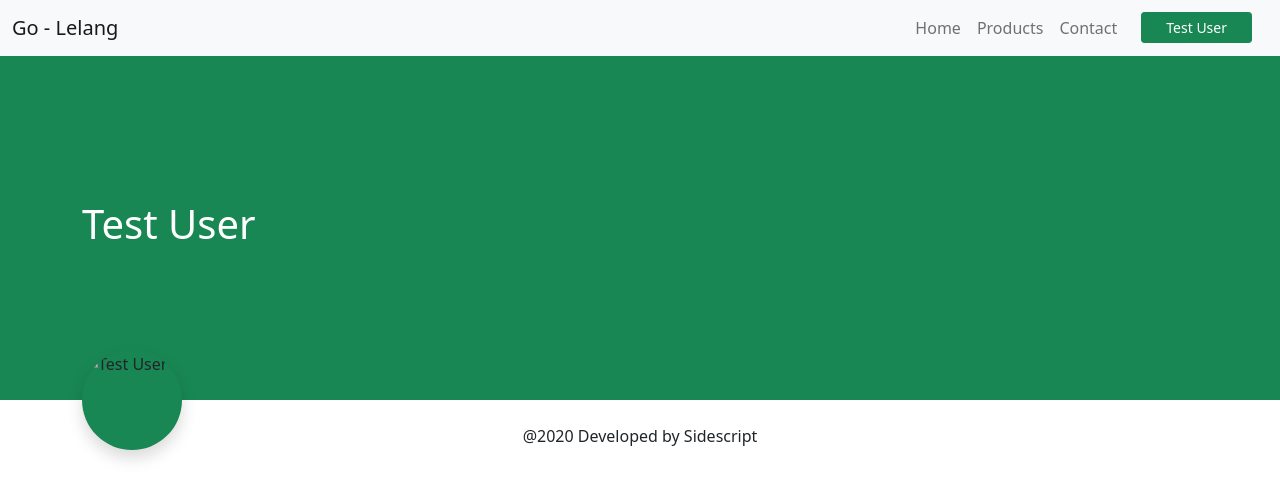
Repository: khulqu15/Go---Lelalng
Page: http://localhost/profile
These files come from the project's save history. The page is drawn as it stood at one moment and after a run of saves; the edit follows.
The browser window is 1280 px wide. The pictures show the whole page.
The page is served by the project's Laravel application, run on PHP 8.4 with Laravel 8. A made-up administrator, Test User (test@example.com), is signed in.

Above is the page before, as saved 2021-02-22 20:19:42.

After the next 2 saves:
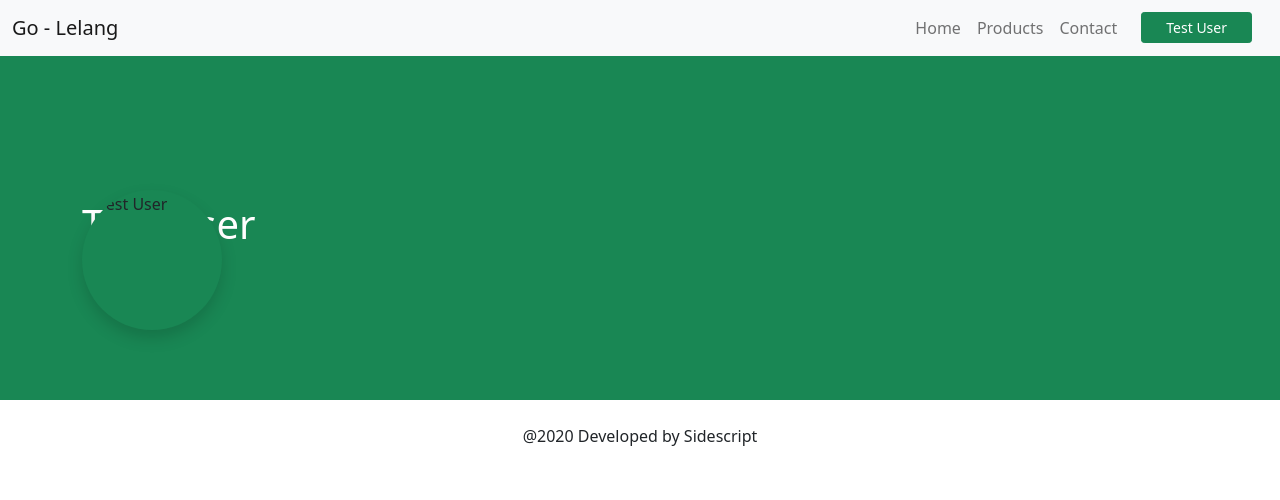
The 2 saves are shown as one change because they came seconds apart.
The last was saved 18 s later.
--- a/resources/views/page/profile.blade.php
+++ b/resources/views/page/profile.blade.php
@@ -7,7 +7,7 @@
     <div class="container py-5">
         <div class="row py-5">
             <div class="col-md-12">
-                <div class="avatar-profile position-absolute shadow" style="bottom: -50px; width: 100px; height: 100px; border-radius: 100px;">
+                <div class="avatar-profile position-absolute shadow" style="bottom: 70px; width: 140px; height: 140px; border-radius: 140px;">
                     <img src="{{ asset('img/user/'.Auth::user()->avatar) }}" alt="{{ Auth::user()->name }}" class="image-fit-card">
                 </div>
                 <h1 class="text-white">{{ Auth::user()->name }}</h1>
